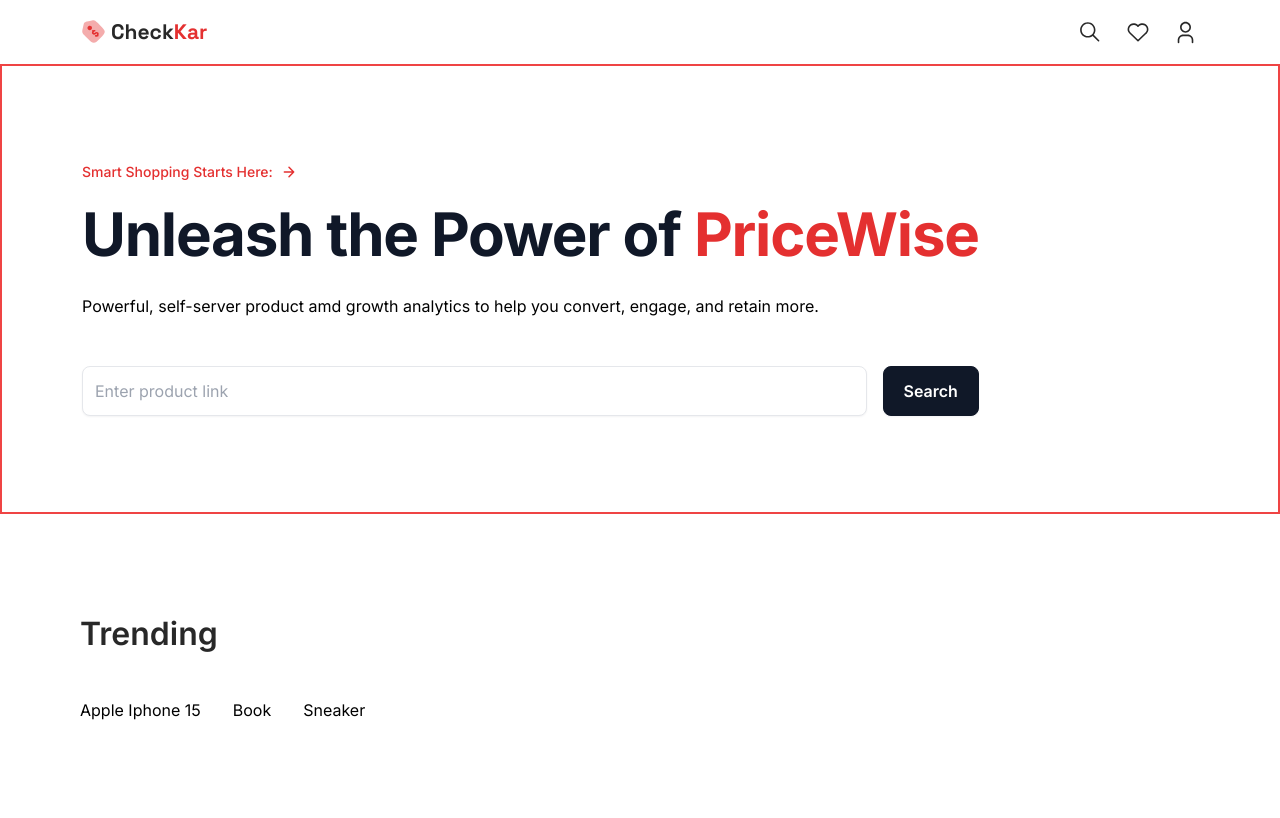
Repository: sahildhargave/price_compare
Page: /
The author's editor kept a copy of each file at every save. The page is drawn from the files as they stood at one save, then again after the next save.
The browser window is 1280 px wide. The pictures show the whole page.
The project was rebuilt for these pictures with package versions that can differ from the ones it lists, and the page was loaded fresh each time. The framework's server and built-in components were replaced by stand-ins that run in the browser. Also part of the build but not shown: next.config.js.

Above is the page before, as saved 2023-12-18 13:39:45.

After the next save:
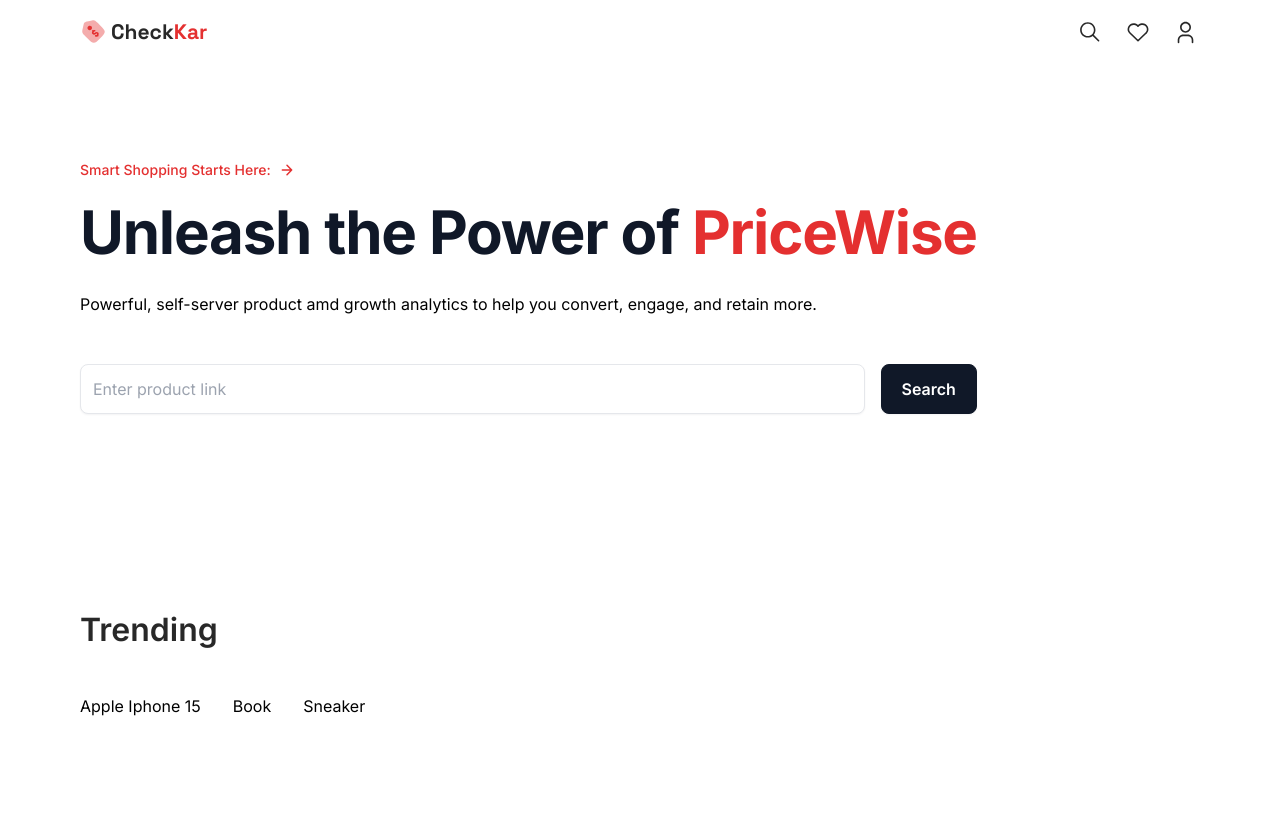
Saved 67 s later.
--- a/app/page.tsx
+++ b/app/page.tsx
@@ -7,7 +7,7 @@
 
   return (
 	<>
-    <section className="px-6 md:px-20 py-24 border-2 border-red-500
+    <section className="px-6 md:px-20 py-24
 	">
 		<div className="flex max-xl:flex-col gap-16">
 			<div className='flex flex-col justify-center'>
